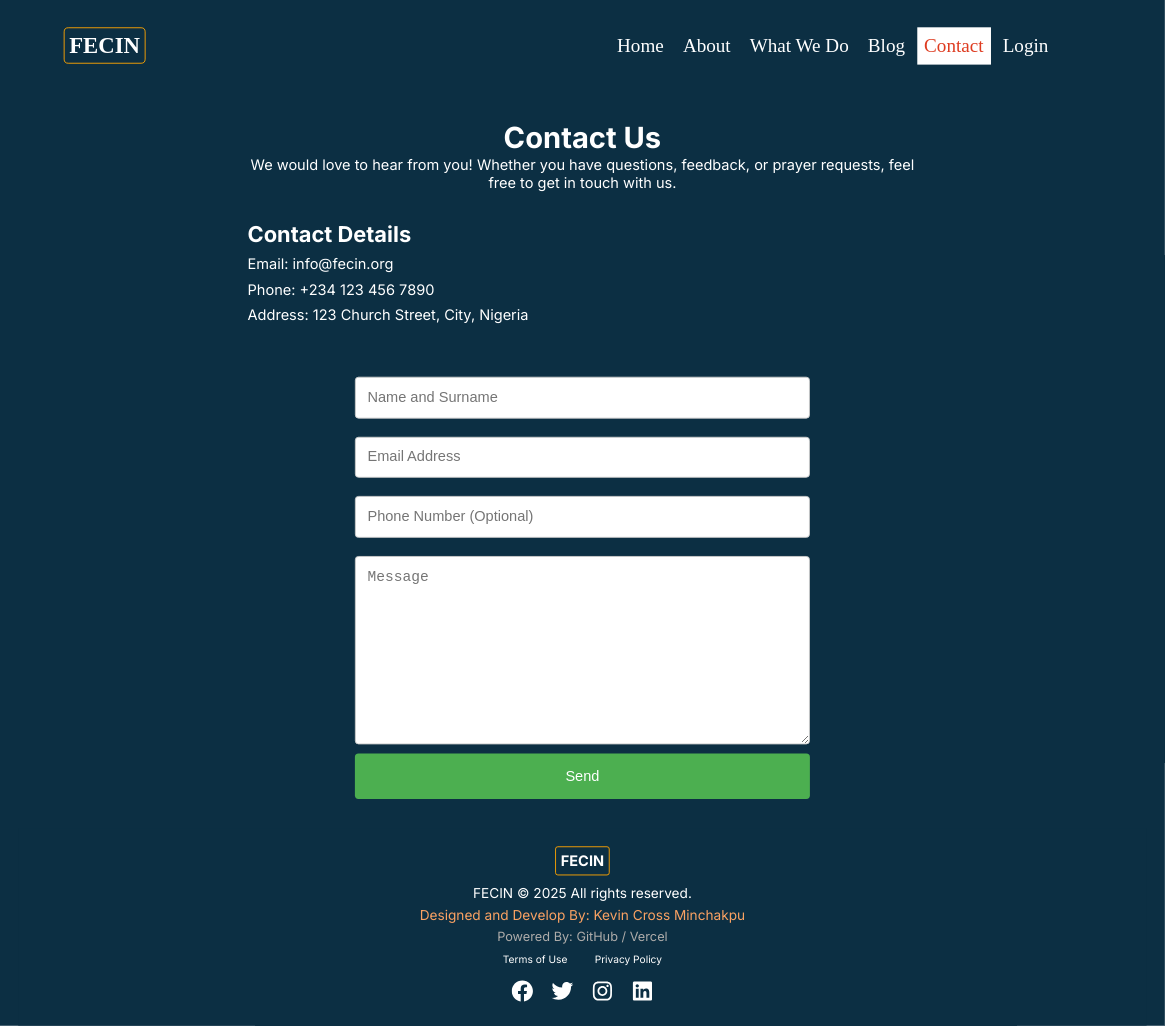
Repository: KCMinchakpu/fecin-projectgs497
Page: /contact
These files come from the project's save history. The page is drawn as it stood at one moment and after a run of saves; the edit follows.
The browser window is 1280 px wide. The pictures show the whole page, at 91% of full size.
The page's requests for data from a server got no answer. The project was rebuilt for these pictures with package versions that can differ from the ones it lists, and the page was loaded fresh each time. Some packages were replaced by stand-ins written for this rebuild. The framework's server and built-in components were replaced by stand-ins that run in the browser. No one was signed in, and anything a server would have sent is missing. Queries for data that is not in the repository find no rows. Also part of the build but not shown: next.config.mjs.

Above is the page before, as saved 2025-04-12 12:58:52.

### src/app/layout.js
"use client";

import { Inter } from "next/font/google";
import "./globals.css";
import Navbar from "@/components/navbar/Navbar";
import Footer from "@/components/footer/Footer";
import { SessionProvider } from "next-auth/react"; // Import SessionProvider

const inter = Inter({ subsets: ["latin"] });

export default function RootLayout({ children }) {
  return (
    <html lang="en">
      <body className={inter.className}>
        <SessionProvider>
          <div className="container">
            <Navbar />
            {children}
            <Footer />
          </div>
        </SessionProvider>
      </body>
    </html>
  );
}

### src/app/contact/page.jsx
"use client";

import React from 'react';
import Image from 'next/image';
import styles from './contact.module.css';

const ContactPage = () => {

  const a = Math.random();
  console.log(a);

  return (
    <div className={styles.container}>
      <h1 className={styles.heading}>Contact Us</h1>
      <p className={styles.description}>
        We would love to hear from you! Whether you have questions, feedback, or prayer requests, feel free to get in touch with us.
      </p>

      {/* Contact Details Section */}
      <div className={styles.contactDetails}>
        <h2>Contact Details</h2>
        <p>Email: <a href="mailto:info@fecin.org">info@fecin.org</a></p>
        <p>Phone: +234 123 456 7890</p>
        <p>Address: 123 Church Street, City, Nigeria</p>
      </div>

      {/* Contact Form Section */}
      <div className={styles.formContainer}>
        <form action="" className={styles.form}>
          <input type="text" placeholder="Name and Surname" className={styles.input} />
          <input type="email" placeholder="Email Address" className={styles.input} />
          <input type="text" placeholder="Phone Number (Optional)" className={styles.input} />
          <textarea
            name=""
            id=""
            cols="30"
            rows="10"
            placeholder="Message"
            className={styles.textarea}
          ></textarea>
          <button className={styles.button} onClick={() => console.log("clicked")}>Send</button>
        </form>
      </div>
    </div>
  );
};

export default ContactPage;

### src/app/admin/users/[userId]/role/route.js
import dbConnect from '@/lib/dbConnect';
import User from '@/models/User';

export async function PATCH(req, { params }) {
  try {
    const { role } = await req.json();
    const { userId } = params;

    if (!role) {
      return new Response('Role is required', { status: 400 });
    }

    await dbConnect();

    const updatedUser = await User.findByIdAndUpdate(
      userId,
      { role },
      { new: true }
    );

    if (!updatedUser) {
      return new Response('User not found', { status: 404 });
    }

    return new Response('User role updated successfully', { status: 200 });
  } catch (error) {
    console.error('Error updating user role:', error);
    return new Response('Something went wrong', { status: 500 });
  }
}
// This code handles the PATCH request to update a user's role in the database.

### src/app/admin/users/route.js
import dbConnect from '@/lib/dbConnect';
import User from '@/models/User';

export async function GET() {
  try {
    await dbConnect();
    const users = await User.find();
    return new Response(JSON.stringify(users), { status: 200 });
  } catch (error) {
    console.error('Error fetching users:', error);
    return new Response('Something went wrong', { status: 500 });
  }
}

### src/app/globals.css
:root {
    --bg: #0c2f43;
    --text: white;
    --bgSoft: #091f2c;
    --textSoft: rgb(237, 232, 232);
    --btn: #de3c21;
    --bgWhite: white;
    --textGray: #444444;
}

/* Box sizing rules */
* {
    box-sizing: border-box;
    margin:0;
    padding: 0;
  }

/* Set core body defaults */
body {
    background-color: var(--bgWhite);
    color: var(--text);
  }

a {
    color: inherit;
    text-decoration: none;
}

.container {
  background-color: var(--bg);
  width: 100%; /* Default for small screens */
  margin: auto;
  padding-left: 20px;
  padding-right: 20px;
  min-height: 120vh;
  display: flex;
  flex-direction: column;
  justify-content: space-between;
}

.callnana {
    background-color: var(--bgWhite);
    color: var(--textGray);
    padding: 20px;
    border-radius: 8px;
    box-shadow: 0 4px 8px rgba(0, 0, 0, 0.1);
    margin-bottom: 20px;
    width: 400px;
    height: 200px;
    align-items: center;
    justify-items: center;
}

### src/components/navbar/Navbar.jsx
import React from 'react';
import Link from 'next/link';
import Links from "./links/Links";
import styles from "./navbar.module.css";

const Navbar = () => {
  return (
    <div className={styles.container}>
      <Link href="/" className={styles.logo}>FECIN</Link>
      <div>
        <Links />
      </div>
    </div>
  );
};

export default Navbar;

### src/components/footer/Footer.jsx
import React from 'react';
import styles from './footer.module.css';
import { FaFacebook, FaTwitter, FaInstagram, FaLinkedin } from 'react-icons/fa';

const Footer = () => {
  return (
    <div className={styles.container}>
      <div className={styles.logo}>
        {/* You can add a logo image here if needed */}
        <h2>FECIN</h2>
      </div>
      <div>
        <p className={styles.text}>FECIN © 2025 All rights reserved.</p>
        <p className={styles.author}>
          <a href="https://www.linkedin.com/in/kevin-cross-minchakpu-7897379a" target="_blank">Designed and Develop By: Kevin Cross Minchakpu</a>
          </p>
        <p className={styles.company}>
          <a href="https://octatesystems.github.io/OSNigeria/">Powered By: GitHub / Vercel</a>
          </p>
      </div>
      <div className={styles.links}>
        <a href="/terms" className={styles.link}>Terms of Use</a>
        <a href="/privacy" className={styles.link}>Privacy Policy</a>
      </div>
      <div className={styles.socialIcons}>
        <a href="https://facebook.com" target="_blank" rel="noopener noreferrer" className={styles.icon}>
          <FaFacebook />
        </a>
        <a href="https://twitter.com" target="_blank" rel="noopener noreferrer" className={styles.icon}>
          <FaTwitter />
        </a>
        <a href="https://instagram.com" target="_blank" rel="noopener noreferrer" className={styles.icon}>
          <FaInstagram />
        </a>
        <a href="https://linkedin.com" target="_blank" rel="noopener noreferrer" className={styles.icon}>
          <FaLinkedin />
        </a>
      </div>
    </div>
  );
};

export default Footer;

### src/app/contact/contact.module.css
/* contact.module.css */

.container {
  padding: 2rem;
  max-width: 800px;
  margin: 0 auto;
}

.heading {
  font-size: 2rem;
  text-align: center;
}

.description {
  text-align: center;
  margin-bottom: 2rem;
}

.contactDetails {
  margin-bottom: 3rem;
}

.contactDetails h2 {
  font-size: 1.5rem;
}

.contactDetails p {
  font-size: 1rem;
  margin: 0.5rem 0;
}

.formContainer {
  display: flex;
  justify-content: center;
}

.form {
  width: 100%;
  max-width: 500px;
  display: flex;
  flex-direction: column;
}

.input, .textarea {
  margin: 10px 0;
  padding: 0.8rem;
  font-size: 1rem;
  border: 1px solid #ccc;
  border-radius: 4px;
}

.textarea {
  resize: vertical;
}

.button {
  background-color: #4CAF50;
  color: white;
  padding: 1rem;
  font-size: 1rem;
  border: none;
  border-radius: 4px;
  cursor: pointer;
  transition: background-color 0.3s;
}

.button:hover {
  background-color: #45a049;
}

### src/components/navbar/links/Links.jsx
"use client";

import React, { useState } from "react";
import { useSession } from "next-auth/react";
import Image from 'next/image';
import NavLink from "../navLink/NavLink";
import styles from "./links.module.css";

const links = [
  { title: "Home", path: "/" },
  { title: "About", path: "/about" },
  { title: "What We Do", path: "/whatwedo" },
  { title: "Blog", path: "/blog" },
  { title: "Contact", path: "/contact" },
];

const Links = () => {
  const [open, setOpen] = useState(false);
  const { data: session, status } = useSession();

  const isAdmin = session?.user?.role === "admin";

  return (
    <div className={styles.container}>
      <div className={styles.links}>
        {links.map((link) => (
          <NavLink item={link} key={link.title} />
        ))}

        {!session && status !== "loading" && (
          <NavLink item={{ title: "Login", path: "/login" }} />
        )}

        {session && isAdmin && (
          <NavLink item={{ title: "Admin", path: "/admin" }} />
        )}

        {session && (
          <form method="post" action="/api/auth/signout">
            <button className={styles.logout}>Logout</button>
          </form>
        )}
      </div>

      <Image
        className={styles.menuButton}
        src="/menu.png"
        alt="Hamburger menu"
        width={30}
        height={30}
        onClick={() => setOpen((prev) => !prev)}
      />

      {open && (
        <div className={styles.mobileLinks}>
          {links.map((link) => (
            <NavLink item={link} key={link.title} />
          ))}
        </div>
      )}
    </div>
  );
};

export default Links;

### src/components/navbar/navbar.module.css
.container {
    height: 100px;
    display: flex;
    align-items: center;
    justify-content: space-between;
}

.logo {
    font-size: 25px;
    font-weight: bold;
    font-family: "Play", serif;
    font-weight: 700;
    font-style: normal;
    border: 1.5px solid orange;
    padding: 5px;
    border-radius: 5px;
    margin-left: 50px;
}

### src/components/footer/footer.module.css
/* Footer Container */
.container {
    background-color: var(--bg);
    color: white;
    display: flex;
    flex-direction: column;
    align-items: center;
    justify-content: space-between;
    padding: 20px;
    text-align: center;
  }

  .logo h2 {
    font-size: 1rem;
    margin-bottom: 10px;
    border: 1px solid orange;
    padding: 5px;
    border-radius: 3px;
  }

  .text {
    margin-bottom: 5px;
    font-size: 15px;

  }
  .author {
    margin-bottom: 5px;
    font-size: 15px;
    color: rgb(250, 162, 99);
  }

  .company {
    margin-bottom: 5px;
    font-size: 14px;
    color: rgb(174, 172, 170);
  }

  .author:hover {
    text-decoration: underline;
  }

  .company:hover {
    text-decoration: underline;
  }

  .links {
    margin-bottom: 15px;
  }

  .link {
    color: white;
    margin: 0 15px;
    text-decoration: none;
    font-size: 0.7rem;
  }

  .link:hover {
    text-decoration: underline;
  }

  .socialIcons {
    display: flex;
    justify-content: center;
    gap: 20px;
  }

  .icon {
    font-size: 1.5rem;
    color: white;
    transition: color 0.3s ease;
  }

  .icon:hover {
    color: #0070f3;
  }


  @media (min-width: 768px) {
    .container {
      flex-direction: column;
      align-items: center;
      justify-content: space-around;
    }
  }

### src/components/navbar/navLink/navLink.jsx
"use client";

import React from "react";
import Link from "next/link";
import { usePathname } from "next/navigation";
import styles from "./navLink.module.css";

const NavLink = ({ item }) => {
  const pathName = usePathname();
  return (
    <Link
      href={item.path}
      className={`${styles.container} ${
        pathName === item.path ? styles.active : ""
      }`}
    >
      {item.title}
    </Link>
  );
};

export default NavLink;

### src/components/navbar/links/links.module.css
.links {
    display: flex;
    align-items: center;
    gap: 5px;
    font-family: "Play", serif;
    font-style: normal;
    margin-right: 100px;
    font-size: 21px;
}

.logout {
    padding: 5px;
    cursor: pointer;
    font-weight: bold;
    font-size: 15px;
}

.menuButton,
.mobileLinks {
   display: none;
  }

  @media (max-width: 480px){
    .links {
        display: none;
    }

    .menuButton {
        display: block;
        cursor: pointer;
      }

    .mobileLinks {
        position: absolute;
        top: 100px;
        right: 0;
        width: 50%;
        height: calc(100vh-100px);
        /*background-color: var(--bg);*/
       background-color: brown;
        display: flex;
        flex-direction: column;
        align-items: center;
        justify-content: center;
        gap: 10px;
      }
  }

### src/components/navbar/navLink/navLink.module.css
.container {
    padding: 8px;
    text-align: center;


}

.active {
    background-color: var(--text);
    color: var(--btn);
}

After the next 2 saves:
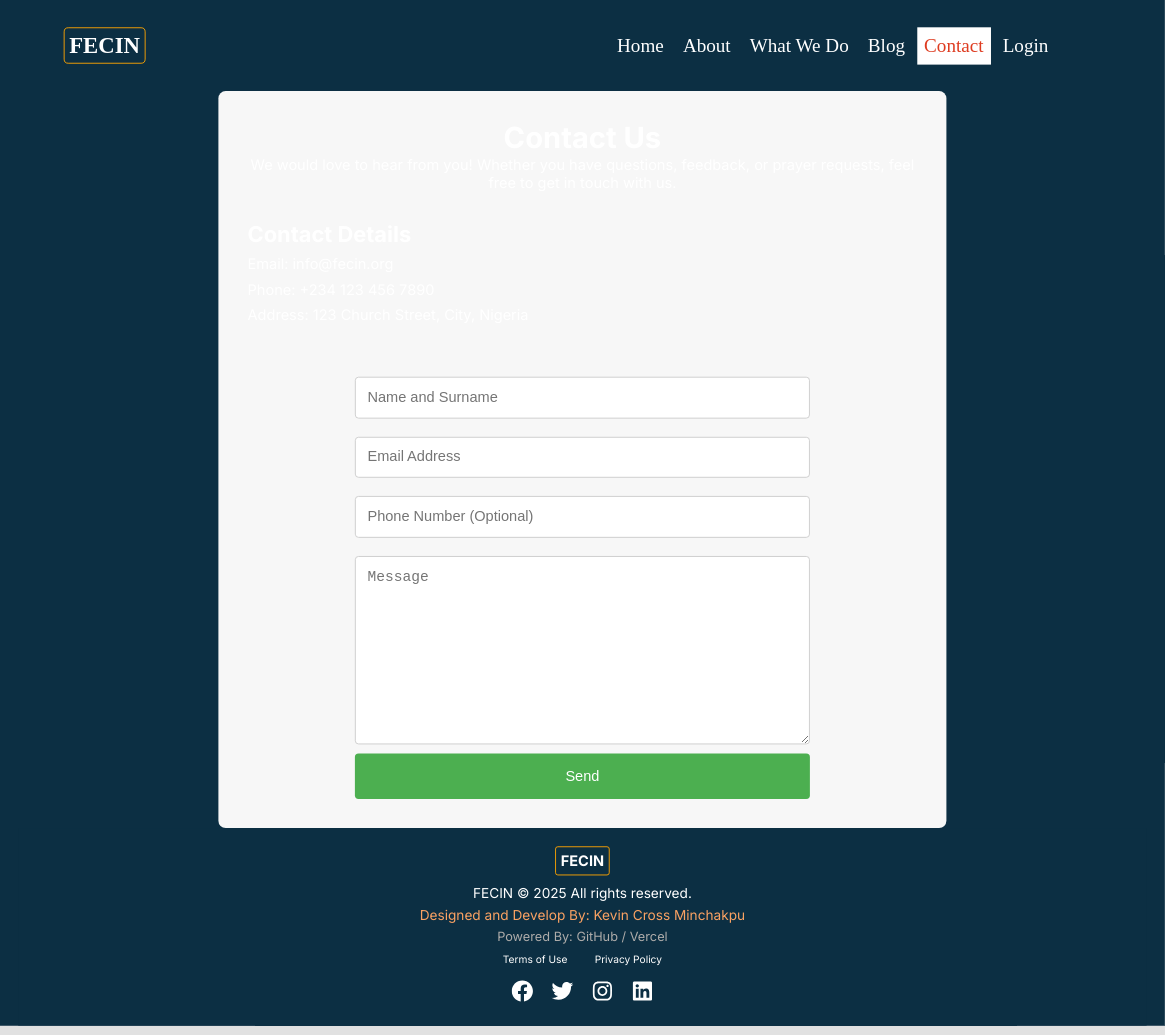
The 2 saves are shown as one change because 1 did not build or start.
The last was saved 2 min 3 s later.
--- a/src/app/contact/contact.module.css
+++ b/src/app/contact/contact.module.css
@@ -4,6 +4,8 @@
   padding: 2rem;
   max-width: 800px;
   margin: 0 auto;
+  background-color: #f7f7f7; /* Light background color for the container */
+  border-radius: 8px; /* Optional: Adds rounded corners */
 }
 
 .heading {
@@ -67,3 +69,8 @@
 .button:hover {
   background-color: #45a049;
 }
+
+
+body {
+  background-color: #e1e1e1;
+}
